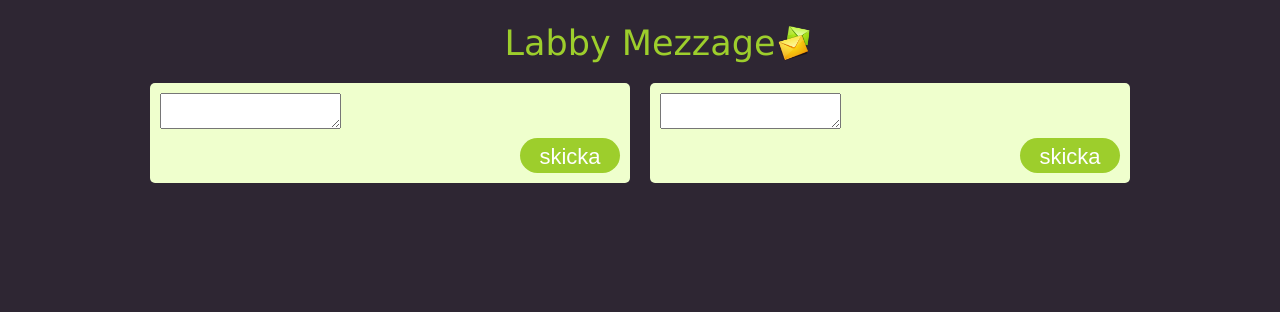
Repository: ad222kr/1dv403-laborationer
Page: 2-labbymezzage/index.html
The author's editor kept a record of every edit. The page is drawn from the files as they stood at one moment, then again after the next edit.
The browser window is 1280 px wide. The pictures show the whole page.

Above is the page before.

### 2-labbymezzage/index.html
<!DOCTYPE HTML>
<html lang="sv">
    <head>
        <meta charset="UTF-8" />
        <title>Laboration 2 - Labby Mezzage!</title>
        <link rel="stylesheet" href="css/style.css" />

    </head>

    <body>
        <div id ="container">
            <header><h1>Labby Mezzage</h1></header>
            <div id="content">
                  <div id="board1" class="messages"></div>
                  <div id="board2" class="messages"></div>
            </div>
        </div>
        <script src="js/Message.js"></script>
        <script src="js/MessageBoard.js"></script>
        <script  src="js/run.js"></script>
    </body>
</html>

### 2-labbymezzage/css/style.css
body{
    background-color: #2E2633; /* Ändra sen */
    font-family: Verdana, Helvetica;

}

h1{

    color:#9dce2c;
    font-size: 35px;
    font-weight: normal;
}
p{
    color: black;
}

header{
    background-image: url("pics/logo.png");
    background-size: 35px 35px;
    background-repeat: no-repeat;
    background-position: 66%;
    text-align: center;
    height: 40px;
    line-height: 40px;
    margin-bottom:10px;
}

#container{
    width: 1000px;
    margin: 0px auto;
}



.button{
    border: 0px;
	background-color:#9dce2c;
	-webkit-border-top-left-radius:42px;
	-moz-border-radius-topleft:42px;
	border-top-left-radius:42px;
	-webkit-border-top-right-radius:42px;
	-moz-border-radius-topright:42px;
	border-top-right-radius:42px;
	-webkit-border-bottom-right-radius:42px;
	-moz-border-radius-bottomright:42px;
	border-bottom-right-radius:42px;
	-webkit-border-bottom-left-radius:42px;
	-moz-border-radius-bottomleft:42px;
	border-bottom-left-radius:42px;
	display:inline-block;
	color:#ffffff;
	font-size:22px;
	font-weight:normal;
	font-style:normal;
	height:35px;
	line-height:35px;
	width:100px;
	text-decoration:none;
	text-align:center;
	margin-left: 360px;
	margin-top: 5px;
}

.button:hover{
    background:-webkit-gradient( linear, left top, left bottom, color-stop(0.05, #8cb82b), color-stop(1, #9dce2c) );
	background:-moz-linear-gradient( center top, #8cb82b 5%, #9dce2c 100% );
	background-color:#8cb82b;
}

.button:active{
    position: relative;
    top: 1px;
}

.numberofmess{
    color: black;
    font-size: 11px;
    float: right;
    margin-bottom: -25px;
}

.messages{
    background: #EFFFCD;
    border-color: #000000;
    padding: 10px;
    -webkit-border-radius: 5px;
    -moz-border-radius: 5px;
    border-radius: 5px;
	color:white;
	width:460px;
	margin:10px;
    float: left
    ;
}

.message{

    margin-bottom: 5px;
    font-size: 12px;
    border: solid 1px;
    background: #cdeb8b;
    padding: 4px;
}

.delete{
    height: 20px;
    width: 20px;
}
.time{
    height: 20px;
    width: 20px;
}

.buttons{
    float: right;
    margin-left: 200px;
    margin: 0 0 1em 1em;

}

.msgtext{
    width: 400px;
    text-align: justify;
    margin-top:-1px;
    word-wrap: break-word;
    display: block;

}

.timestamp{
    margin-left:405px;
    margin-bottom:-2px;
    font-size:10px;
}

### 2-labbymezzage/js/Message.js
"use strict";
function Message(message, date){


    this.getText = function(){
        return message;
    };
    this.setText = function(_text){
        message = _text;
    };
    this.getDate = function(){
        return date;
    };
    this.setDate = function(_date){
        date = _date;
    };
}

Message.prototype.getDateText = function(){
    // Hittade på http://stackoverflow.com/a/3067896
    var date = this.getDate();
    var hour = date.getHours().toString();
    var minute = date.getMinutes().toString();
    var seconds = date.getSeconds().toString();

    var dateText = hour + ":" + minute +":" + (seconds.length == 2 ? seconds : "0" + seconds);

    return dateText;

};
Message.prototype.toString = function(){

    var monthNames = [ "Januari", "Februari", "Mars", "April", "Maj", "Juni",
    "Juli", "Augusti", "September", "Oktober", "November", "December" ];

    var date = this.getDate();
    console.log(date);
    var year = date.getFullYear().toString();
    var month = monthNames[date.getMonth()];
    var day = date.getDate().toString();
    var hour = date.getHours().toString();
    var minute = date.getMinutes().toString();
    var seconds = date.getSeconds().toString();

    var dateTest = "Inlägget skapades den " +day+" "+month+ " "+year+" klockan "+hour+":"+minute+":"+seconds;
    return dateTest;
};
Message.prototype.getHTMLtext = function(){
    var htmlText = this.getText();
    return htmlText.replace(/[\n\r]/g, "<br/>");
};

### 2-labbymezzage/js/MessageBoard.js
"use strict";
function MessageBoard(boardID){
    // getter for boardID
    this.getId = function(){
        return boardID;
    }

    var messages =  [];



}

MessageBoard.prototype.init = function(){

    // Reference to board id div-tag
    var boardID = document.getElementById(this.getId());

    // Create text-field
    var textField = document.createElement("textarea");
    textField.className = "textarea";
    boardID.appendChild(textField);
    // Create send-button
    var inputButton = document.createElement("input");
    inputButton.type = "button";
    inputButton.value = "skicka";
    inputButton.className = "button";
    boardID.appendChild(inputButton);




};

### 2-labbymezzage/js/run.js
"use strict";
window.onload = function(){
    var board1 = new MessageBoard("board1");
    var board2 =new MessageBoard("board2");

    board1.init();
    board2.init();

};

After the next edit:
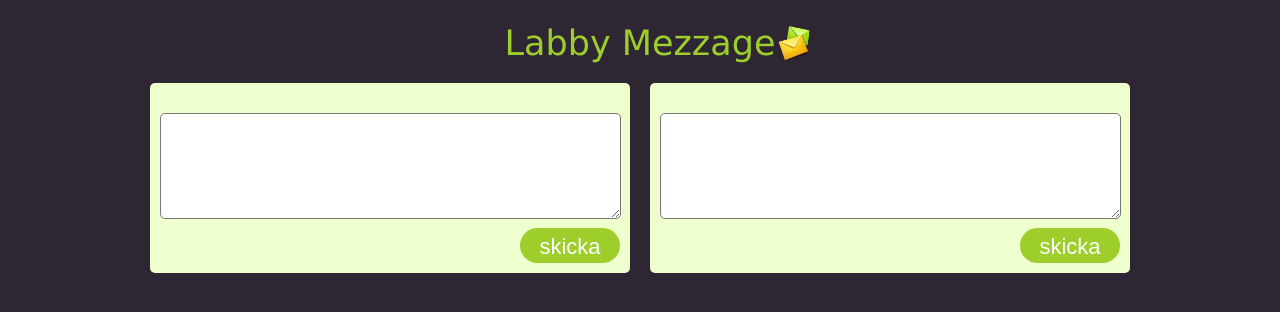
The edit:
--- a/2-labbymezzage/css/style.css
+++ b/2-labbymezzage/css/style.css
@@ -23,6 +23,15 @@
     height: 40px;
     line-height: 40px;
     margin-bottom:10px;
+}
+
+.textarea{
+    width: 455px;
+    height: 100px;
+    -webkit-border-radius: 5px;
+    -moz-border-radius: 5px;
+    border-radius: 5px;
+    margin-top:20px;
 }
 
 #container{
